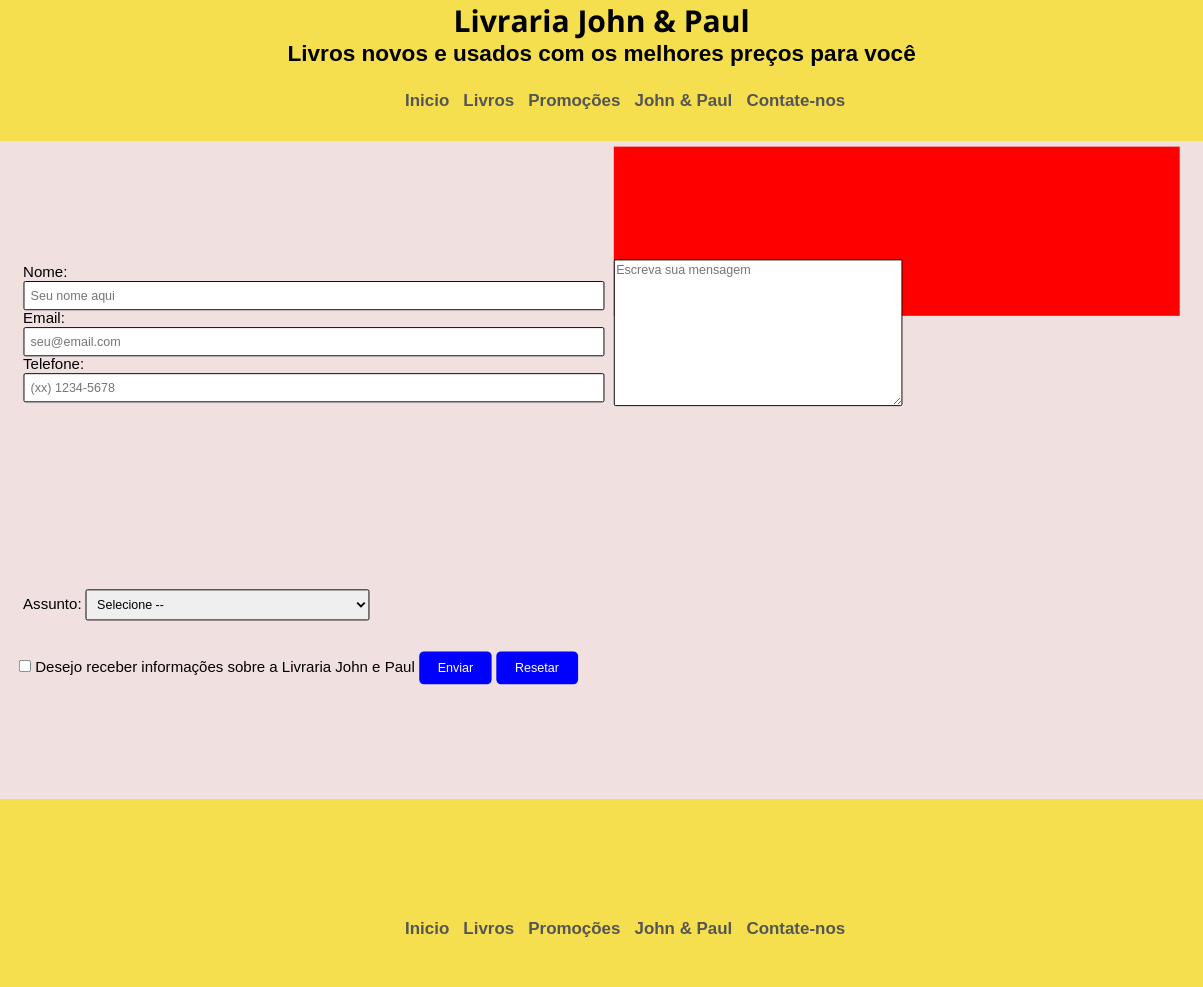
Repository: MarcoantonioCaldeira/Site-livraria-John-e-Paul
Page: contato.html
These files come from the project's save history. The page is drawn as it stood at one moment and after the next save; the edit follows.
The browser window is 1280 px wide. The pictures show the whole page, at 94% of full size.

Above is the page before, as saved 2022-09-25 15:52:20.

### contato.html
<!doctype html>
<html dir="ltr" lang="pt-BR">
<head>
   <meta charset="utf-8">
   <meta name="viewport" content="width=device-width, initial-scale=1.0">

   <title>Meu Primeiro Projeto</title>
   <link rel="stylesheet" href="css/estilo.css">
</head>
<body>
<header id="topo">
   <h1 class="textoVermelho center"> Livraria John & Paul</h1>
   <h2 class="center">Livros novos e usados com os melhores preços para você</h2>

<nav id="menu">
   <ul>
      <li><a href="index.html">Inicio</a></li>
      <li><a href="produtos.html">Livros</a></li>
      <li><a href="#">Promoções</a></li>
      <li><a href="sobre.html">John & Paul</a></li>
      <li><a href="contato.html">Contate-nos</a></li>
   </ul>
</nav>
</header>
<section class="section-contato">
   <form class="formulario">
      <fieldset>

         <div style="margin-top:10%">
            <label for="nome">Nome:</label>
            <input type="text" name="nome" id="nome" placeholder="Seu nome aqui">
            <label for="email">Email:</label>
            <input type="email" name="email" id="email" placeholder="seu@email.com">
            <label for="tel">Telefone:</label>
            <input type="tel" name="tel" id="tel" placeholder="(xx) 1234-5678" >
            <label for="assunto">Assunto:</label>
            <select name="assunto" id="assunto">
               <option selected="selected">Selecione --</option>
               <option>Trocas</option>
               <option>Atendimento</option>
               <option>Comercial</option>
               <option>Outros</option>
            </select>
         </div>
         <div style="background-color: red;">
            <textarea name="msg" id="msg" cols="20" rows="10" placeholder="Escreva sua mensagem"></textarea>
         </div>
      </fieldset>
      <input type="checkbox" name="news" id="news">
      <label for="news" >Desejo receber informações sobre a Livraria John e Paul</label>

      <button type="submit">Enviar</button>
      <button type="reset">Resetar</button>
   </form>
</section>
<footer id="rodape">
   <ul class="ul_rodape">
      <li><a href="index.html">Inicio</a></li>
      <li><a href="produtos.html">Livros</a></li>
      <li><a href="#">Promoções</a></li>
      <li><a href="sobre.html">John & Paul</a></li>
      <li><a href="contato.html">Contate-nos</a></li>
   </ul>
</footer>
</body>
</html>

### css/estilo.css
/* Import font from google */
@import url(http://fonts.googleapis.com/css?family=Open+Sans:400,300,700);

*{
   margin: 0;
}


body{
   background-color:  rgb(240, 224, 224);
   font-family: sans-serif;
   margin: 0;
   padding: 0;
}
h1,h3,h4,h5,h6{
   font-family: 'Open Sans', sans-serif;
}

.h2_destaque{
   margin-left: 45%;
   margin-top: 5%;
   color:#555;
   font-family: 'Open Sans', sans-serif;
}

#topo{
   background-color: #f5df4e;
   width: 100%;
   height:150px;
   margin:0 auto;
}

.destaques{
   background-color: rgb(240, 224, 224);
   width: 100%;
   height:1300px;
}


#menu{
   width:50%;
   text-align: center;
   margin-top: 2%;
   margin-left: 25%;
   height:50px;
}

a{
   font-weight:600;
   text-decoration: none;
   margin-left: 10px;
   font-family: arial;
   color:#555;
}

#menu li{
   display:inline;
}
.destaques li{
   width: 50%;
   float: left;
   text-align: center;
   list-style: none;
   padding: 20px 0;
}

ul{
   font-size: 18px;
}


.ul_rodape{
   margin-top: 10%;
}

.destaques li strong{
   width: 100%;
   display: block;
}
.center{
   text-align: center;
}



button{
   padding: 10px 20px;
   background-color: blue;
   color: #fff;
   border: none;
   -webkit-border-radius: 5px;
   -moz-border-radius: 5px;
   border-radius: 5px;
}
#rodape{
   width: 100%;
   height: 200px;
   background-color:  #f5df4e;
   color: #ccc;
   float: left;
   text-align: center;
}

p{
   color: #555;
   line-height: 34px;
   margin-left: 4%;
}

li {
   display: inline;
}

/*Produtos*/

.produtos{

   height:600px;
}

table{
   position: relative;
   margin-left: 27%;
   top: 20%;
   background-color:rgb(240, 224, 224);
   border-radius: 5px;
   border: 1px solid #555;
}

tr, td{
   border: 1px solid #555;
}


/*Sobre*/


.sobre{
   width: 100%;
   height:1400px;
}

h4
{
   text-align: center;
}

.h1-sobre{
   margin-top: 6%;
   margin-left: 40%;
}

.section-info{
   position: relative;
   margin-left: 24%;
   margin-top: 4%;
   width: 50%;
   height:200px;
}


.h3-valores{
   margin-top: 6%;
   margin-left: 43%;
}

.section-valores{
   position: relative;
   margin-left: 24%;
   margin-top: 4%;
   width: 50%;
   height:200px;
}

.h3-valores-2{
   margin-top: 4%;
   margin-left: 47%;
}

.h3-missao{
   margin-top: 4%;
   margin-left: 47%;
}

.section-missao{
   position: relative;
   margin-left: 24%;
   margin-top: 4%;
   width: 50%;
   height:200px;
}


/*Contato*/

.section-contato{
   background-color:rgb(240, 224, 224);
   width: 100%;
   height: 700px;
}

.formulario{
   height:500px;
}


form fieldset{
   border: none;
}
form legend{
   text-transform: uppercase;
   font-size: 1.2em;
   padding: 0;
   width: 100%;
   border-bottom: 1px solid #555;
}
form label{
   width: 50%;
}

form input:not([type=checkbox]){
   width: 100%;
   padding: 7px;
   border-radius: 2px;
   border: 1px solid;
}

form select{
   width: 50%;
   border-radius: 2px;
   margin-top: 33%;
   padding: 7px;
   border: 1px solid;
}

form textarea{
   width: 50%;
   margin-top:20%;
   font-family: arial;
   border-radius: 2px;
   border: 1px solid;
}
form div{
   width: 48%;
   margin: 0 1%;
   height: 180px;
   float: left;
}

#news{
   margin-top: 18%;
   margin-left: 20px;
}

@media  screen and (max-width: 750px){


   #main-menu {
      display: none;
    }
    #hamburger-menu {
      display: inline;
    }

   h2.center, h1.center{
      font-size: 19px;
      color: blue;
   }

   h2.h2_destaque{
      margin-left: 40%;
   }

   ul#ul_rodape{
      color: red;
   }

   p{
      color: black;
      margin-top: 20%;
      margin-left: 4%;
   }

}

After the next save:
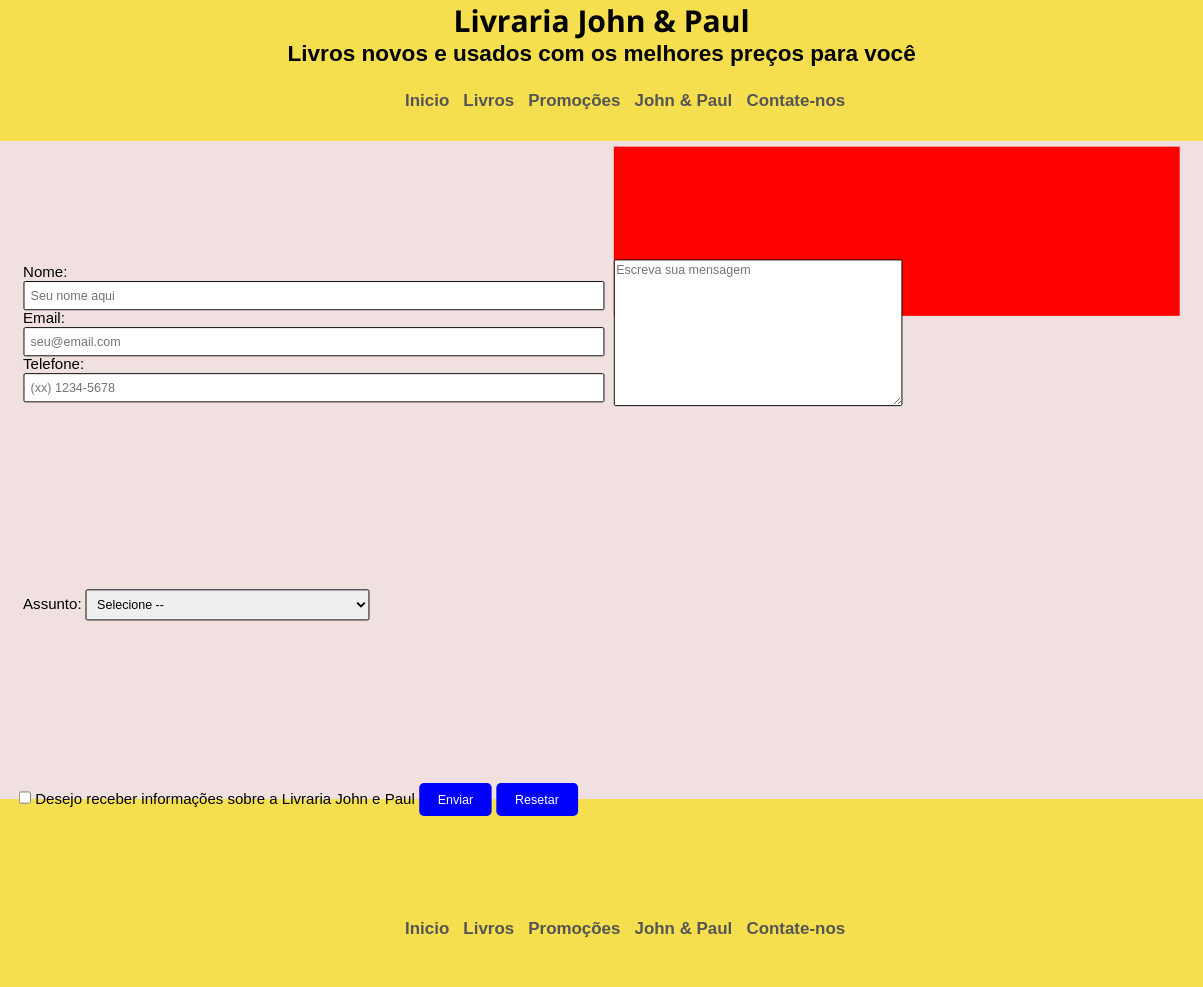
Saved 10 s later.
--- a/css/estilo.css
+++ b/css/estilo.css
@@ -248,7 +248,7 @@
 }
 
 #news{
-   margin-top: 18%;
+   margin-top: 29%;
    margin-left: 20px;
 }
 

After the save that followed:
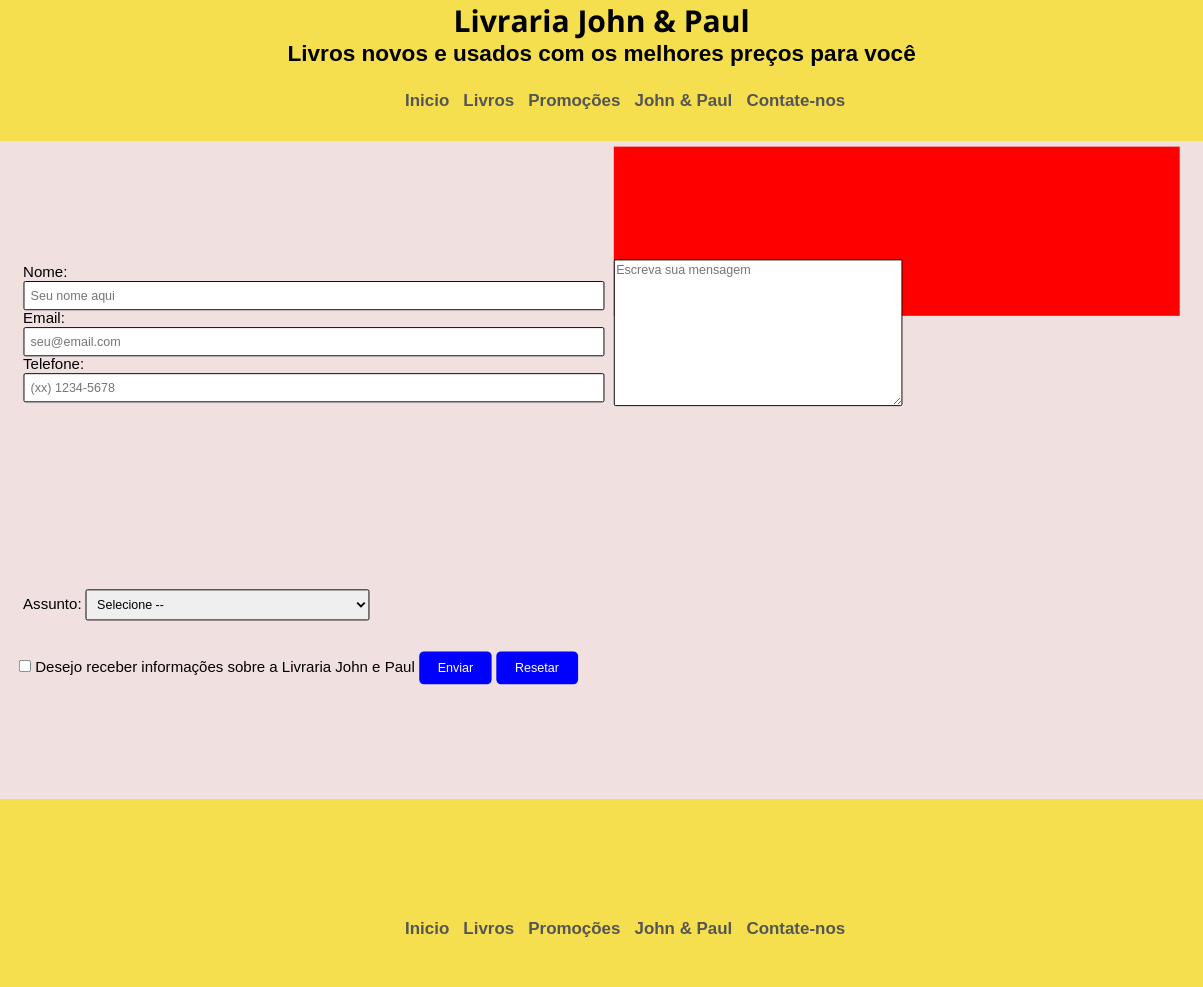
Saved 4 s later.
--- a/css/estilo.css
+++ b/css/estilo.css
@@ -248,7 +248,7 @@
 }
 
 #news{
-   margin-top: 29%;
+   margin-top: 18%;
    margin-left: 20px;
 }
 
